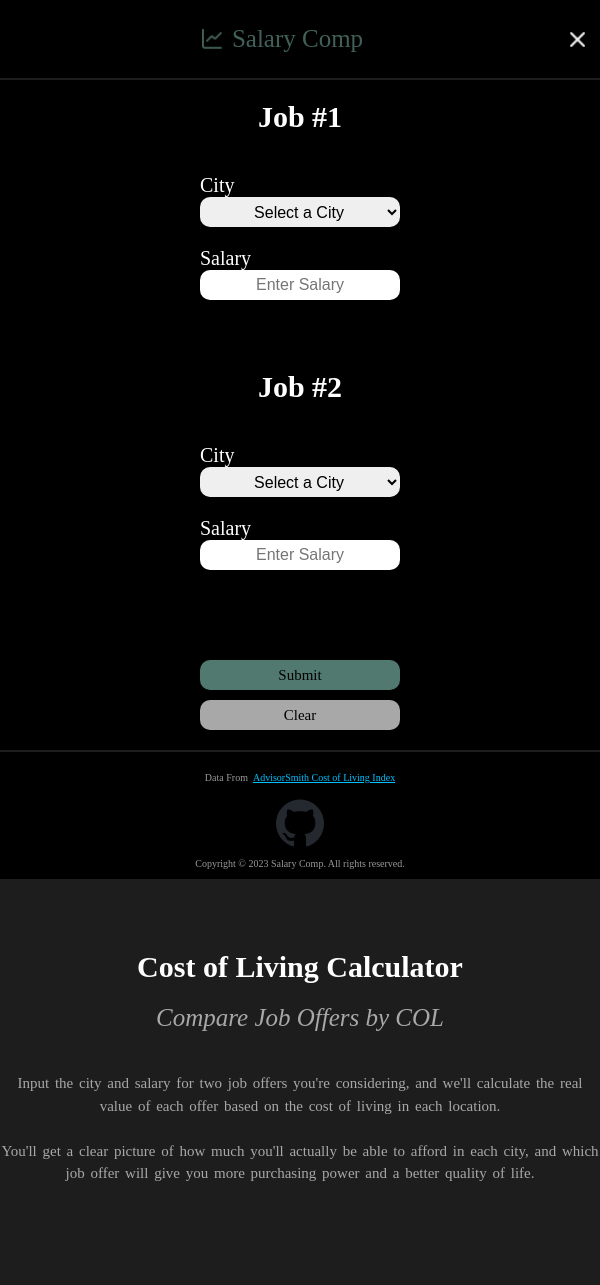
Repository: robbymcd/Salary-Comp
Page: /
The author's editor kept a copy of each file at every save. The page is drawn from the files as they stood at one save, then again after the next save.
The browser window is 600 px wide. The pictures show the whole page.
Some web fonts or font styles are not loaded; a fallback is used. The project was rebuilt for these pictures with package versions that can differ from the ones it lists, and the page was loaded fresh each time. Also part of the build but not shown: src/Main.css, src/Main.js.

Above is the page before, as saved 2023-06-16 18:25:02.

### public/index.html
<!DOCTYPE html>
<html lang="en">
  <head>
    <meta charset="utf-8" />
    <link rel="icon" href="%PUBLIC_URL%/favicon.ico" />
    <meta name="viewport" content="width=device-width, initial-scale=1" />
    <meta name="theme-color" content="#000000" />
    <meta
      name="description"
      content="Compare Job Offers by COL"
    />
    <link rel="apple-touch-icon" href="%PUBLIC_URL%/favicon.ico" />
    <!--
      manifest.json provides metadata used when your web app is installed on a
      user's mobile device or desktop. See https://developers.google.com/web/fundamentals/web-app-manifest/
    -->
    <link rel="manifest" href="%PUBLIC_URL%/manifest.json" />
    <!--
      Notice the use of %PUBLIC_URL% in the tags above.
      It will be replaced with the URL of the `public` folder during the build.
      Only files inside the `public` folder can be referenced from the HTML.

      Unlike "/favicon.ico" or "favicon.ico", "%PUBLIC_URL%/favicon.ico" will
      work correctly both with client-side routing and a non-root public URL.
      Learn how to configure a non-root public URL by running `npm run build`.
    -->
    <title>Salary Comp</title>
  </head>
  <body>
    <noscript>You need to enable JavaScript to run this app.</noscript>
    <div id="root"></div>
    <!--
      This HTML file is a template.
      If you open it directly in the browser, you will see an empty page.

      You can add webfonts, meta tags, or analytics to this file.
      The build step will place the bundled scripts into the <body> tag.

      To begin the development, run `npm start` or `yarn start`.
      To create a production bundle, use `npm run build` or `yarn build`.
    -->
  </body>
</html>

### src/index.css
body {
  margin: 0;
  font-family: -apple-system, BlinkMacSystemFont, 'Segoe UI', 'Roboto', 'Oxygen',
    'Ubuntu', 'Cantarell', 'Fira Sans', 'Droid Sans', 'Helvetica Neue',
    sans-serif;
  -webkit-font-smoothing: antialiased;
  -moz-osx-font-smoothing: grayscale;
  height: 100%;
  width: 100%;
}

html {
  height: 100%;
  width: 100%;
  background-color: #1D1D1D;
}

code {
  font-family: source-code-pro, Menlo, Monaco, Consolas, 'Courier New',
    monospace;
}

### src/App.js
import React, { useState } from 'react';
import './App.css';
import Sidebar from './Sidebar.js';
import Content from './Content.js';

function App() {
  const [isSubmitted, setIsSubmitted] = useState(false);
  const [cityCOL1, setCityCOL1] = useState('');
  const [cityCOL2, setCityCOL2] = useState('');
  const [cityName1, setCityName1] = useState('');
  const [cityName2, setCityName2] = useState('');
  const [salary1, setSalary1] = useState('');
  const [salary2, setSalary2] = useState('');

  const handleFormSubmit = (formData) => {
    setIsSubmitted(true);
    setCityCOL1(formData.cityCOL1);
    setCityCOL2(formData.cityCOL2);
    setCityName1(formData.cityName1);
    setCityName2(formData.cityName2);
    setSalary1(formData.salary1);
    setSalary2(formData.salary2);
  };

  return (
    <div className="main">
        <Sidebar onFormSubmit={handleFormSubmit}/>
        <Content isSubmitted={isSubmitted} cityCOL1={cityCOL1} cityCOL2={cityCOL2} cityName1={cityName1} cityName2={cityName2} salary1={salary1} salary2={salary2} />
    </div>
  );
}

export default App;

### src/App.css
.main {
    display: flex;
    flex-direction: row;
    height: 200%;
    width: 100%;
    background-color: #1D1D1D;
}

@media screen and (max-width: 700px) {
    .main {
        flex-direction: column;
        gap: 100px;
    }
}

### src/Content.js
import React from 'react';
import './Content.css';
import Instruction from './Instruction.js';
import Main from './Main.js';

export default function Content({ isSubmitted ,cityCOL1 ,cityCOL2, cityName1, cityName2 , salary1, salary2 }) {

    return (
        <div className='Content-container'>
            {isSubmitted ? <Main cityCOL1={cityCOL1} cityCOL2={cityCOL2} cityName1={cityName1} cityName2={cityName2} salary1={salary1} salary2={salary2}/> : <Instruction />}
        </div>
    );
}

### src/Sidebar.css
@import url('https://fonts.googleapis.com/css?family=Roboto-Mono');
@import url('https://fonts.googleapis.com/css?family=Mukta-Vaani');
.sidebar {
    display: flex;
    height: 100vh;
    width: fit-content;
}

.closed-sidebar {
    display: flex;
    height: 100vh;
    width: fit-content;
    margin-right: 22vw;
}

.plusIcon {
    height: 30px;
    width: 30px;
    margin-left: 20px;
    align-self: center;
    cursor: pointer;
}

.plusIcon:hover {
    opacity: 0.5;
}

.error {
    display: flex;
    font-size: 15px;
    margin-bottom: -15px;
    color: #BA1F33;
}

.button-container {
    display: flex;
    flex-direction: column;
    gap: 10px;
    margin-top: 20px;
}

.submit-container {
    display: flex;
}

.submit {
    height: 30px;
    width: clamp(200px, 20vw, 300px);
    border-radius: 10px;
    border: none;
    outline: none;
    cursor: pointer;
    background-color: #52796F;
    font-family: Mukta Vaani;
    font-size: 15px;
    color: #000;
    font-weight: normal;
    box-shadow: 0px 4px 4px rgba(0, 0, 0, 0.25);
}

.submit:hover {
    opacity: 0.8;
}

.clear-container {
    display: flex;
}

.clear {
    height: 30px;
    width: clamp(200px, 20vw, 300px);
    border-radius: 10px;
    border: none;
    outline: none;
    cursor: pointer;
    background-color: #a8a8a8;
    font-family: Mukta Vaani;
    font-size: 15px;
    color: #000;
    box-shadow: 0px 4px 4px rgba(0, 0, 0, 0.25);
}

.clear:hover {
    opacity: 0.8;
}

@media screen and (min-width: 1650px) {
    .button-container {
        gap: 20px;
    }
}

@media screen and (max-width: 700px) {
    .sidebar {
        display: grid;
        height: fit-content;
        width: 100vw;
    }

    .closed-sidebar {
        height: fit-content;
        justify-content: center;
    }

    .plusIcon {
        margin: 0;
    }

    .submit {
        width: 200px;
    }

    .clear {
        width: 200px;
    }
}

### src/OpenSidebar.css
@import url('https://fonts.googleapis.com/css?family=Roboto-Mono');
@import url('https://fonts.googleapis.com/css?family=Mukta-Vaani');

.open-sidebar {
    display: flex;
    flex-direction: column;
    height: 100vh;
    width: 25vw;
    background-color: #000;
    box-shadow: 0px 0px 4px 4px rgba(0, 0, 0, 0.25);
    margin-right: 8vw;
    transition: transform 0.3s ease-in-out;
}

.sidebar-header {
    display: flex;
    width: 25vw;
    border-bottom: 2px solid #1d1d1d;
    justify-content: space-between;
    align-items: center;
}

.sidebar-wrapper {
    display: inline-block;
}

.centering {
    display: flex;
    flex-direction: row;
    width: 100%;
    align-self: center;
    align-items: center;
    justify-content: center;
}

.logo {
    display: flex;
    flex-direction: row;
    width: 100%;
    align-items: center;
    justify-content: center;
    gap: 10px;
    cursor: pointer;
}

.logo:hover {
    opacity: .8;
}

.logo p {
    font-family: Roboto Mono;
    color: #52796F;
    font-size: 25px;
}

.chart {
    height: 20px;
    width: 20px;
}

.city {
    display: flex;
    flex-direction: column;
    font-family: Mukta Vaani;
    font-style: normal;
    font-weight: 300;
    font-size: 20px;
    color: #fff;
}

.salary{
    display: flex;
    flex-direction: column;
    font-family: Mukta Vaani;
    font-style: normal;
    font-weight: 300;
    font-size: 20px;
    color: #fff;
}

.salary label {
    display: flex;
    justify-self: center;
}

.form {
    display: flex;
    flex-direction: column;
    font-family: Mukta Vaani;
    height: 100%;
    align-items: center;
    gap: 20px;
    border-bottom: 2px solid #1d1d1d;
    justify-content: center;
    padding: 20px;
}

.form h1 {
    color: #fff;
    font-family: Roboto Mono;
    font-size: 30px;
    font-weight: 700;
    font-style: normal;
    text-align: center;
    margin-top: 10px;
    margin-bottom: 0px;
}

select {
    cursor: pointer;
}

input {
    text-decoration: none;
    height: 30px;
    width: clamp(200px, 20vw, 300px);
    border-radius: 10px;
    outline: none;
    border: none;
    padding: 0;
    text-align: center;
    font-size: 16px;
    cursor: pointer;
}

.salarycomp {
    height: 80px;
    width: 360px;
}

.x {
    height: 25px;
    width: 25px;
    cursor: pointer;
    margin-right: 10px;
}

.x:hover {
    opacity: 0.5;
    transition: ease-in-out 0.2s;
}

.footer {
    display: flex;
    flex-direction: column;
    align-items: center;
    justify-content: center;
    width: 100%;
    background-color: #000;
}

.footer p {
    color: #fff;
    opacity: .6;
    font-family: 'Mukta Vaani';
    font-style: normal;
    font-weight: 300;
    font-size: 14px;
    text-align: center;
}

.hiw {
    display: flex;
    flex-direction: row;
    align-items: center;
    justify-content: center;
    gap: 10px;
}

.hiw a {
    font-size: 14px;
    font-weight: 300;
    font-family: 'Mukta Vaani';
    color: #00bfff;
}

.hiw a:hover {
    opacity: 0.5;
    transition: ease-in-out 0.2s;
}

.github {
    height: 50px;
    width: 50px;
    cursor: pointer;
}

.github:hover {
    opacity: 0.8;
}

@media screen and (max-width: 1000px) {
    .footer p {
        font-size: 10px;
    }

    .hiw a {
        font-size: 10px;
    }

    .hiw {
        margin-top: 10px;
        margin-bottom: 5px;
        gap: 5px;
    }
}

@media screen and (min-height: 800px) {
    .form h1 {
        margin-top: 0;
        margin-bottom: 20px;
    }

    input {
        margin-bottom: 50px;
    }
}

@media screen and (max-width: 700px) {
    .open-sidebar {
        width: 100vw;
        margin: 0;
    }

    .sidebar-header {
        width: 100vw;
    }

    .city {
        width: 200px;
    }

    select {
        width: 200px;
    }
}

### src/Select.css
.select-main {
    text-decoration: none;
    height: 30px;
    width: clamp(200px, 20vw, 300px);
    border-radius: 10px;
    outline: none;
    text-align: center;
    font-size: 16px;
}

.select-main select {
    text-align: center;
    text-decoration: none;
    outline: none;
    border: none;
    height: 30px;
    width: clamp(200px, 20vw, 300px);
    border-radius: 10px;
    font-size: 16px;
    padding-left: 10px;
}

### src/Content.css
@import url('https://fonts.googleapis.com/css?family=Kadwa');
@import url('https://fonts.googleapis.com/css?family=Hind-Madurai');

.Content-container {
    display: flex;
    width: 100%;
}

.header {
    display: flex;
    flex-direction: row;
    align-items: center;
    margin-top: 50px;
    gap: 25px;
}

.content h1 {
    font-family: Kadwa;
    font-weight: bold;
    font-size: 45px;
    height: 100%;
    margin: 0;
}

.content h2 {
    font-family: Hind Madurai;
    font-size: 40px;
    color: #a8a8a8;
    margin-top: 50px;
    width: 75%;
    font-weight: 500;
    font-style: italic;
}

.content p {
    display: flex;
    width: 50vw;
    font-family: Hind Madurai;
    font-size: 20px;
    color: #a8a8a8;
    word-spacing: 2px;
    line-height: 1.5;
    margin-top: 50px;
    width: 70%;
}

.content {
    display: flex;
    flex-direction: column;
    color: #fff;
    height: fit-content;
    width: 100%;
    justify-items: center;
}

.calculator {
    display: flex;
    height: 150px;
    width: 150px;
}

@media screen and (max-width: 700px) {
    .Content-container {
        width: 100vw;
        justify-content: center;
        text-align: center;
    }

    .calculator {
        display: none;
    }
    .content h1 {
        height: 100%;
        width: 100%;
        text-align: center;
        font-size: 30px;
    }

    .content h2 {
        font-size: 25px;
        width: 100vw;
        margin-top: 20px;
        margin-bottom: 20px;
    }

    .content p {
        font-size: 15px;
        width: 100vw;
        margin-top: 20px;
        margin-bottom: 100px;
    }
}

### src/Instruction.js
import calculator from './calculator.png';

export default function Instruction() {
    return (
        <div className="content">
            <div className="header">
                <h1>Cost of Living Calculator</h1>
                <img className="calculator" src={calculator} alt='calculator'></img>
            </div>
            <h2>Compare Job Offers by COL</h2>
            <p>Input the city and salary for two job offers you're considering, and we'll calculate the real value of each offer based on the cost of living in each location.<br/><br/>You'll get a clear picture of how much you'll actually be able to afford in each city, and which job offer will give you more purchasing power and a better quality of life.
            </p>
        </div>
    );
}

Loaded but not shown: src/index.js (common file); src/reportWebVitals.js (common file); src/Sidebar.js (399 lines, source omitted)

After the next save:
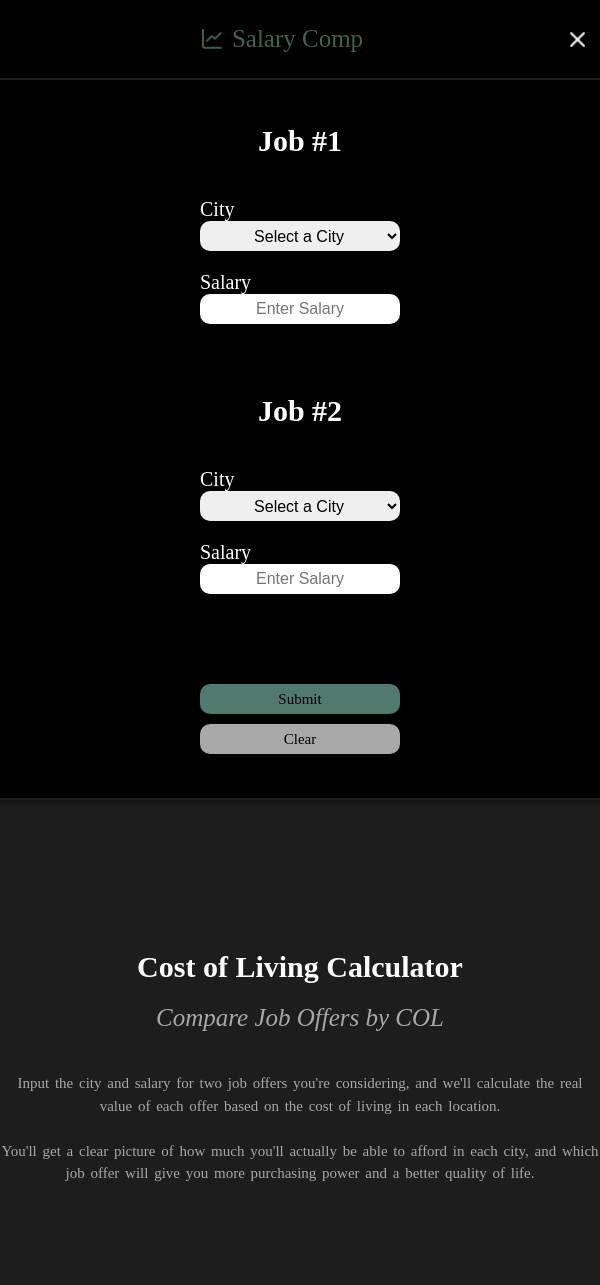
Saved 51 s later.
--- a/src/OpenSidebar.css
+++ b/src/OpenSidebar.css
@@ -233,4 +233,8 @@ input {
     select {
         width: 200px;
     }
-}
+
+    .footer {
+        display: none;
+    }
+}
